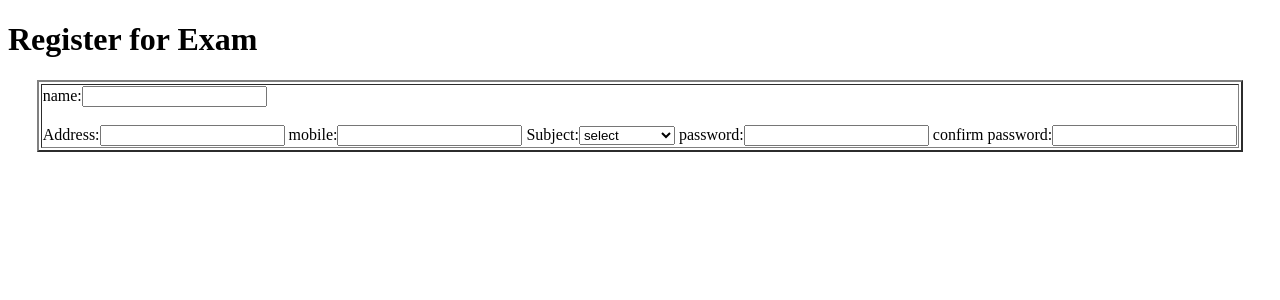
Repository: ravikumar0303/Advance-Java
Page: Assignment/OnlineExam/register.html
An editor plug-in stored every save of this project. The page is shown before and after the next save, followed by the edit.
The browser window is 1280 px wide. The pictures show the whole page.

Above is the page before, as saved 2023-06-23 03:47:22.

After the next save:
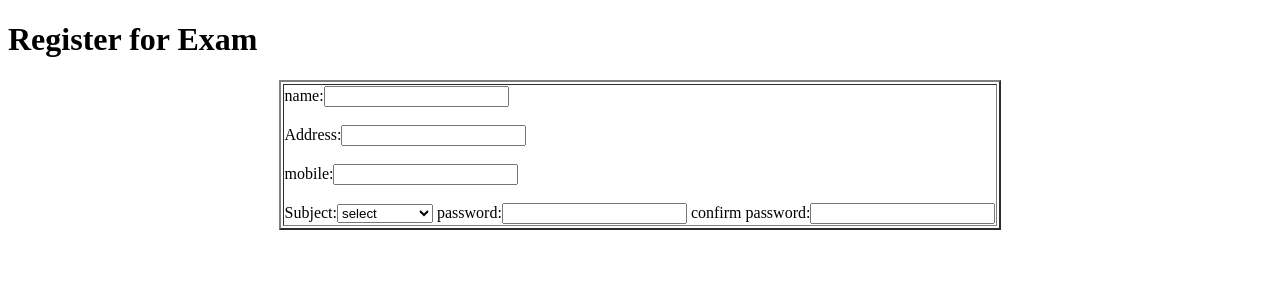
Saved 20 s later.
--- a/Assignment/OnlineExam/register.html
+++ b/Assignment/OnlineExam/register.html
@@ -14,7 +14,9 @@
      name:<input type="text" id="n1"></input>
      <br></br>
      Address:<input type="text" id="a1"></input>
+     <br></br>
      mobile:<input type="text" id="m1"></input>
+     <br></br>
     Subject:<select>
      <option>select</option>
      <option value="cop">COP</option>
